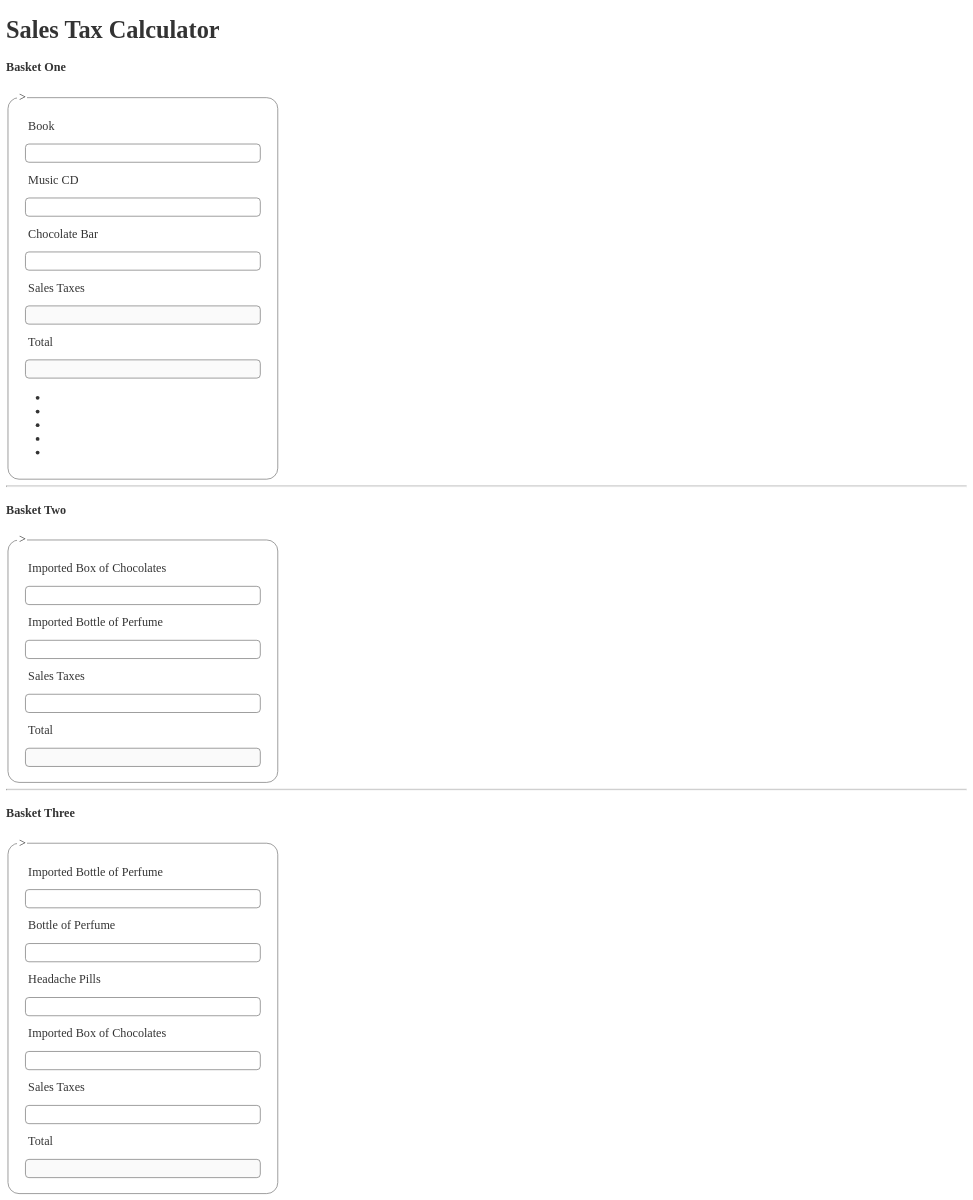
Repository: duzzisantos/sales-tax
Page: index.html
An editor plug-in stored every save of this project. The page is shown before and after the next save, followed by the edit.
The browser window is 1280 px wide. The pictures show the whole page, at 76% of full size.

Above is the page before, as saved 2022-05-25 21:32:57.

After the next save:
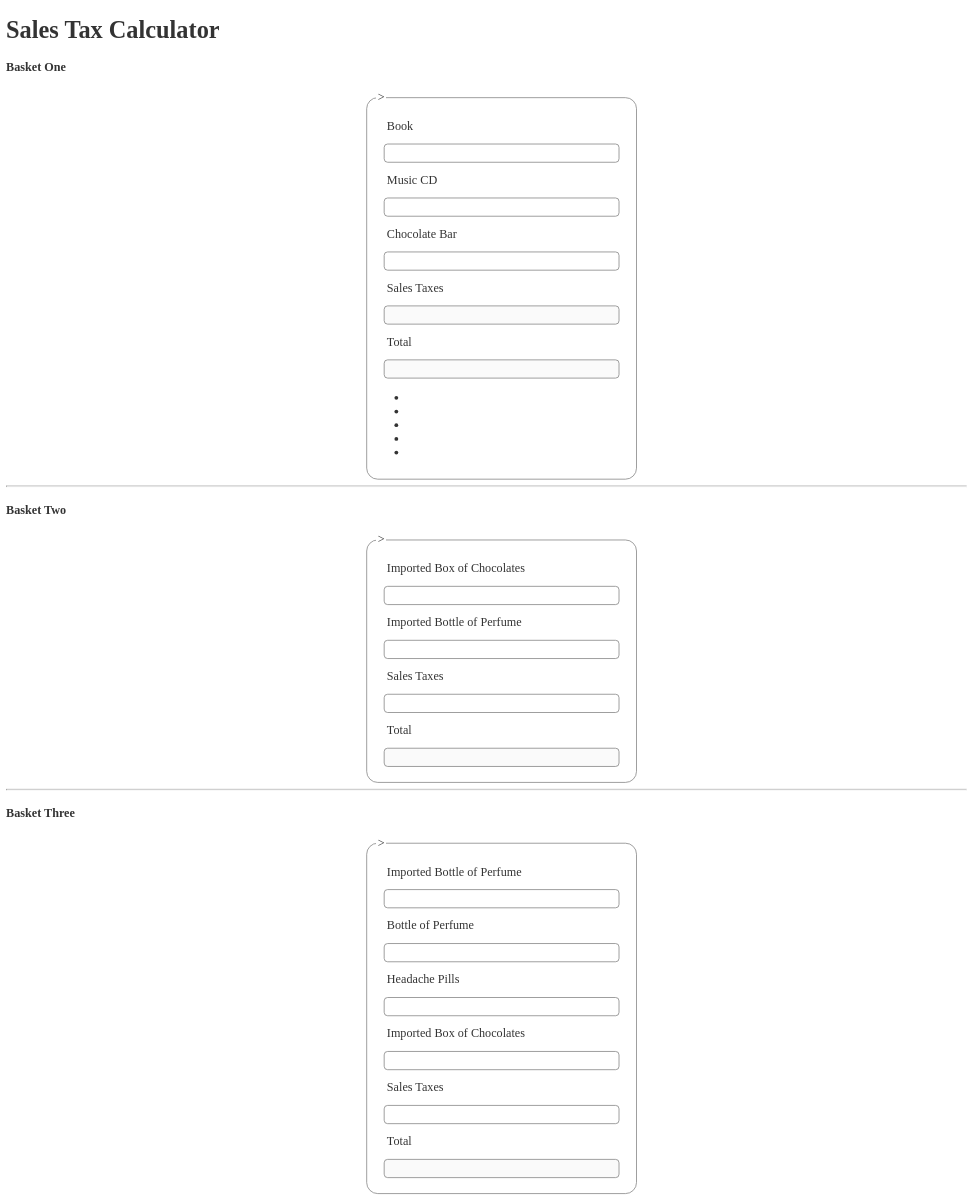
Saved 45 s later.
--- a/style.css
+++ b/style.css
@@ -15,6 +15,7 @@
     width: 20%;
     border: 1px solid grey;
     border-radius: 15px;
+    margin-left: calc(75% / 2);
 }
 
 label, input{

After the save that followed:
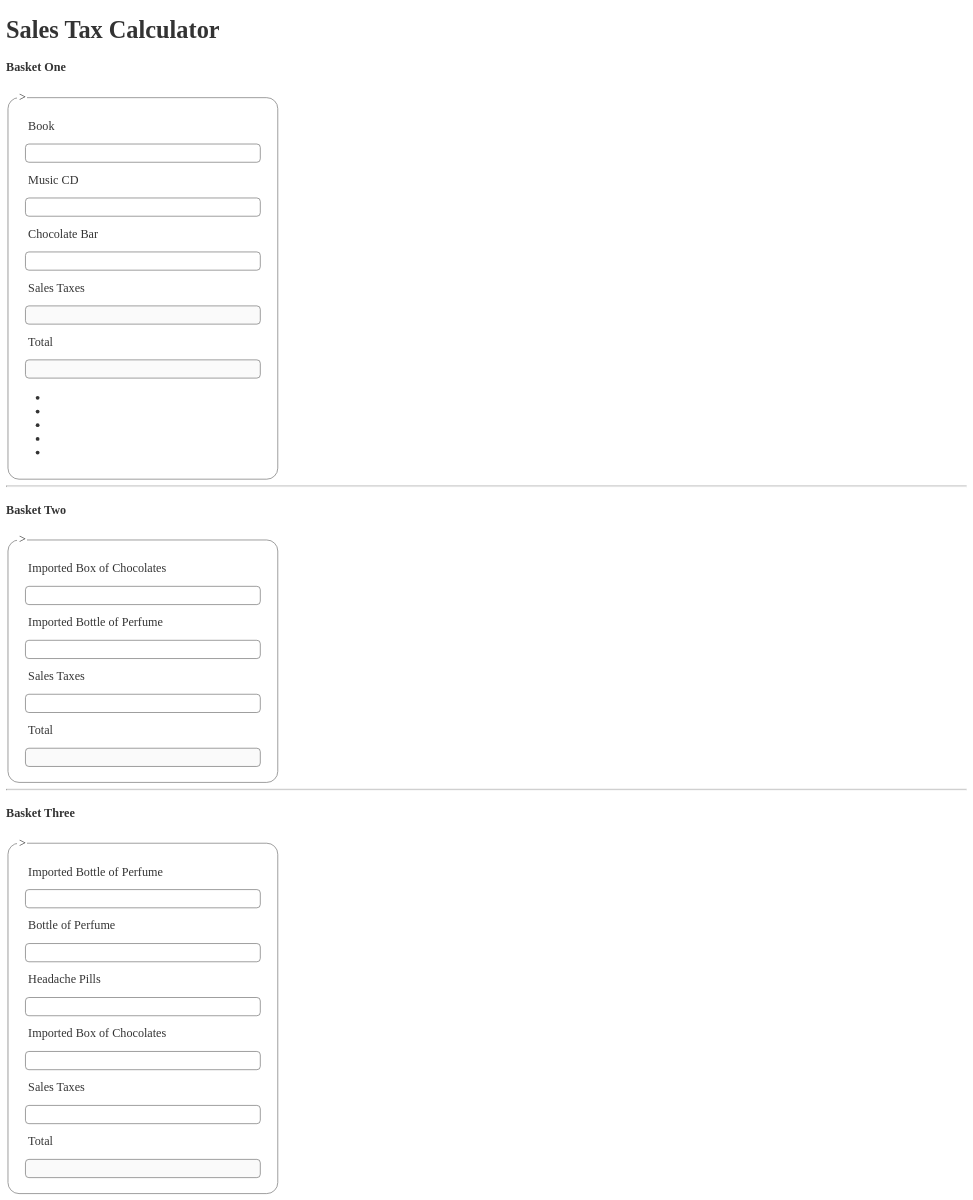
Saved 24 s later.
--- a/style.css
+++ b/style.css
@@ -15,7 +15,6 @@
     width: 20%;
     border: 1px solid grey;
     border-radius: 15px;
-    margin-left: calc(75% / 2);
 }
 
 label, input{
